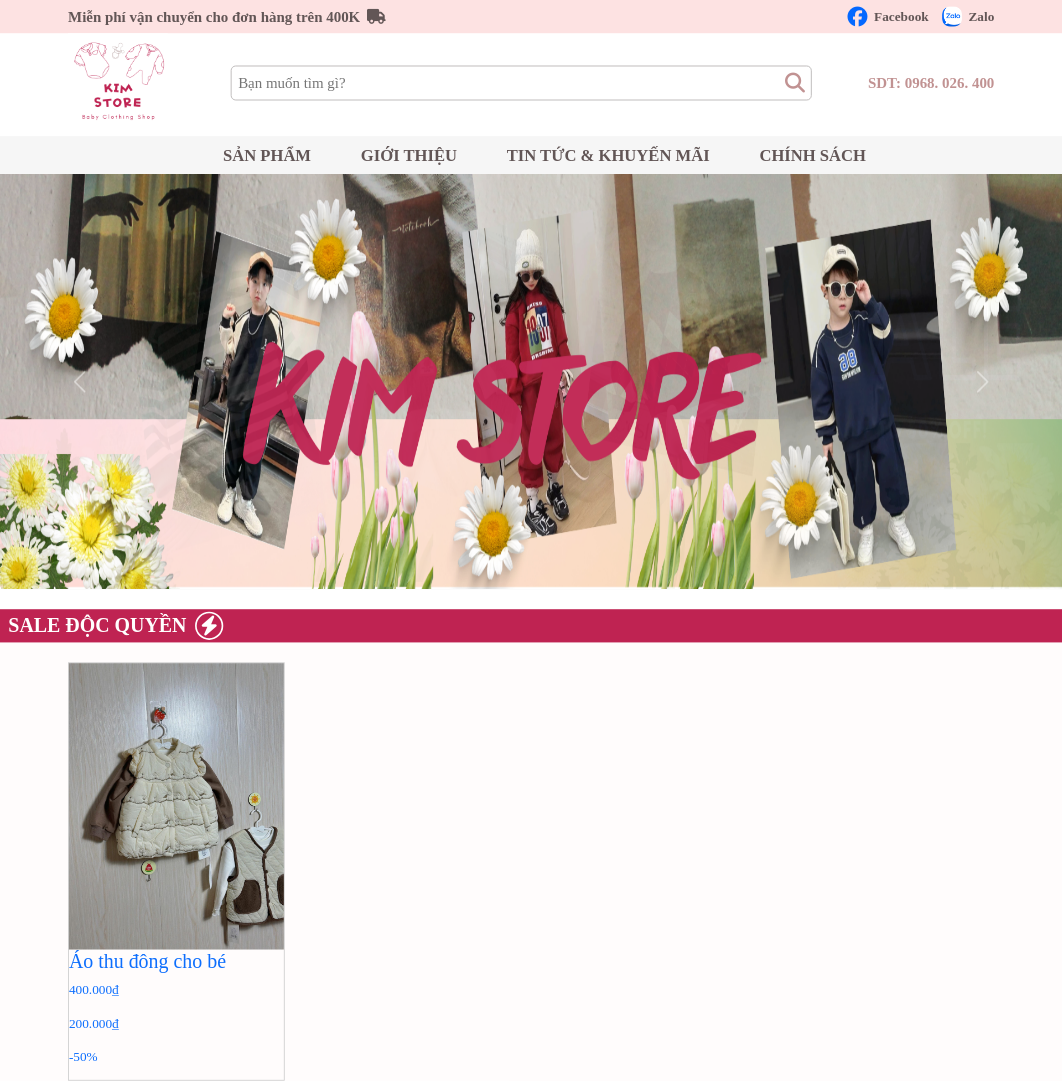
Repository: hoang28092000/kim-store
Page: index.html
An editor plug-in stored every save of this project. The page is shown before and after a run of saves, followed by the edit.
The browser window is 1280 px wide. The pictures show the whole page, at 83% of full size.
Some web libraries are served in a nearby version.

Above is the page before, as saved 2024-11-01 15:27:46.

### index.html
<!DOCTYPE html>
<html lang="en">
<head>
    <meta charset="UTF-8">
    <meta name="viewport" content="width=device-width, initial-scale=1.0">
    <link href="https://cdn.jsdelivr.net/npm/bootstrap@5.0.2/dist/css/bootstrap.min.css" rel="stylesheet" integrity="sha384-EVSTQN3/azprG1Anm3QDgpJLIm9Nao0Yz1ztcQTwFspd3yD65VohhpuuCOmLASjC" crossorigin="anonymous">
    <link rel="stylesheet" href="https://cdnjs.cloudflare.com/ajax/libs/font-awesome/6.6.0/css/all.min.css" integrity="sha512-Kc323vGBEqzTmouAECnVceyQqyqdsSiqLQISBL29aUW4U/M7pSPA/gEUZQqv1cwx4OnYxTxve5UMg5GT6L4JJg==" crossorigin="anonymous" referrerpolicy="no-referrer" />
    <link rel="stylesheet" href="asset/style.css">
    <title>KIM STORE</title>
</head>
<body>
    <div id="header">
        <div class="top_header ">
                <div class="container d-flex justify-content-between">
                    <div class="r-top_header d-flex align-items-center">
                        <p class="txt_bold mb-0 me-2">Miễn phí vận chuyển cho đơn hàng trên 400K</p>
                    <i class="fa-solid fa-truck icon-truck mb-0"></i>
                    </div>
                    <ul class="icons-header d-flex align-items-center mb-0">
                        <a href="" class="tag-a-top_header">
                            <li class="icon d-flex me-3">
                                <i class="fa-brands fa-facebook icon_fb me-2"></i>
                                <span class="txt-fb">Facebook</span>
                            </li>
                        </a>
                        <a href="" class="tag-a-top_header">
                            <li class="icon d-flex">
                                <img src="asset/image/icon_zalo.webp" alt="this is picture zalo" class="icon_zalo me-2">
                                <span class="txt-zalo">Zalo</span>
                             </li>
                        </a>
                    </ul>
                </div>
        </div>

        <div class="bottom_headder">
            <div class="container d-flex justify-content-between align-items-center">
                <a href="" class="">
                    <img src="asset/image/KIM-store.png" alt="this is logo" class="img_logo">
                </a>
                <div class="d-flex align-items-center">
                    <input type="text" class="search_header" placeholder="Bạn muốn tìm gì?">
                    <i class="fa-solid fa-magnifying-glass icon_search"></i>
                </div>
                <span class="sdt_header">SDT: 0968. 026. 400</span>
        </div>
    </div>


    <div id="navbar">
        <div class="container">
            <ul class="nav_links d-flex justify-content-center mb-0 py-2">
                <li class="item_link" ><a href="" class="nav_link">SẢN PHẨM</a></li>
                <li class="item_link" ><a href="" class="nav_link">GIỚI THIỆU</a></li>
                <li class="item_link" ><a href="" class="nav_link">TIN TỨC & KHUYẾN MÃI</a></li>
                <li class="item_link" ><a href="" class="nav_link">CHÍNH SÁCH</a></li>
            </ul>
        </div>
        <div class="banner">
            <div id="carouselExampleFade" class="carousel slide carousel-fade" data-bs-ride="carousel">
                <div class="carousel-inner">
                  <div class="carousel-item active">
                    <img src="asset/image/KIM_STORE.png" class="d-block w-100 banner" alt="this is banner">
                  </div>
                  <div class="carousel-item">
                    <img src="asset/image/banner2.png" class="d-block w-100 banner" alt="this is banner 2">
                  </div>
                  <div class="carousel-item">
                    <img src="asset/image/banner3.png" class="d-block w-100 banner" alt="this is banner 3">
                  </div>
                </div>
                <button class="carousel-control-prev" type="button" data-bs-target="#carouselExampleFade" data-bs-slide="prev">
                  <span class="carousel-control-prev-icon" aria-hidden="true"></span>
                  <span class="visually-hidden">Previous</span>
                </button>
                <button class="carousel-control-next" type="button" data-bs-target="#carouselExampleFade" data-bs-slide="next">
                  <span class="carousel-control-next-icon" aria-hidden="true"></span>
                  <span class="visually-hidden">Next</span>
                </button>
              </div>
        </div>
    </div>


    <div id="main" class="mt-4">
        <div class="title_txt d-flex align-items-center">
            <h3 class="txt_sale mb-0">SALE ĐỘC QUYỀN</h3>
            <i class="fa-solid fa-bolt icon_bold"></i>
        </div>
        <div class="container">
            <div class="row mt-4">
                <div class="col-lg-3">
                    <a href="" class="txt-decoration_none">
                        <div class="card_product">
                            <img src="asset/image/anh_1.jpg" class="img-card_product w-100" alt=" this is picture card">
                            <div class="info_card">
                                <h4 class="name_product">
                                    Áo thu đông cho bé
                                </h4>
                                <div class="price">
                                    <p class="price-no_sale">
                                        400.000₫
                                    </p>
                                    <p class="price_sale">
                                        200.000₫
                                    </p>
                                    <p class="percent">
                                        -50%
                                    </p>
                                </div>
                            </div>
                        </div>
                    </a>
                </div>
            </div>
        </div>
    </div>


    <div id="footer">

    </div>






    <script src="https://cdn.jsdelivr.net/npm/bootstrap@5.0.2/dist/js/bootstrap.bundle.min.js" integrity="sha384-MrcW6ZMFYlzcLA8Nl+NtUVF0sA7MsXsP1UyJoMp4YLEuNSfAP+JcXn/tWtIaxVXM" crossorigin="anonymous"></script>
</body>
</html>

### asset/style.css
*{
    margin: 0;
    padding: 0;
    box-sizing: border-box;
    font-family: Montserrat;
    list-style: none;
    text-decoration: none;
}
.txt-decoration_none{
    text-decoration: none;
}
.txt-16px{
    font-size: 16px;
    color: #625656;
}
.txt_bold{
    font-size: 18px;
    color: #625656;
    font-weight: 700;
}
#header{

}
#header .top_header{
    height: 40px;
    background-color: #FDE2E2;
}
.top_header .r-top_header{
    height: 40px;
}
.top_header .icon-truck{
    font-size: 18px;
    color: #625656;
}
.top_header .tag-a-top_header{
    text-decoration: none;
}
.top_header .icon_fb{
    font-size: 24px;
    color: #0468ff;
}
.top_header .icon_zalo{
    width: 24px;
    height: 24px;
}
.top_header .txt-fb , .top_header .txt-zalo{
    font-size: 16px;
    color: #625656;
    font-weight: 600;
}
.top_header .txt-fb:hover , .top_header .txt-zalo:hover{
    color: #fff;
}

#header .bottom_headder {
    height: 124px;
}
.bottom_headder .img_logo{
    width: 120px;
    height: 120px;
}
.bottom_headder .search_header {
    width: 700px;
    height: 42px;
    font-size: 18px;
    color: #625656;
    border-radius: 6px;
    border: 1px solid #b3b0b0;
    padding-left: 8px;
    outline: none;
}
.bottom_headder .icon_search{
    font-size: 24px;
    color: #c19292;
    margin-left: -32px;
}
.bottom_headder .icon_search:hover{
    opacity: 0.7;
    cursor: pointer;
}
.bottom_headder .sdt_header{
    font-size: 18px;
    font-weight: 600;
    color: #c19292;
}


/* navbar */
#navbar{
    background: #f6f6f6;
    height: auto;
}
#navbar .nav_links{
    list-style: none;
}

.nav_links .nav_link{
    font-size: 20px;
    color: #625656;
    text-decoration: none;
    padding: 11px 30px;
    font-weight: 600;
}
.nav_links .nav_link:hover{
    background-color: #c19292;
    color: #f6f6f6;
}

#navbar .banner{
    height: 500px;
}
#main{
    background-color: #fffcfc;
}
#main .title_txt{
    background-color: #bf2352;
    height: 40px;
}
#main .txt_sale{
    font-size: 24px;
    font-weight: 700;
    color: #fff;
    padding: 10px;
}
#main .icon_bold{
    font-size: 24px;
    border: #fff 2px solid;
    border-radius: 50px;
    padding: 3px 4px 3px 5px;
    color: #fff;
}
#main .card_product{
    border: 1px solid #ccc;

}
.card_product .

After the next 4 saves:
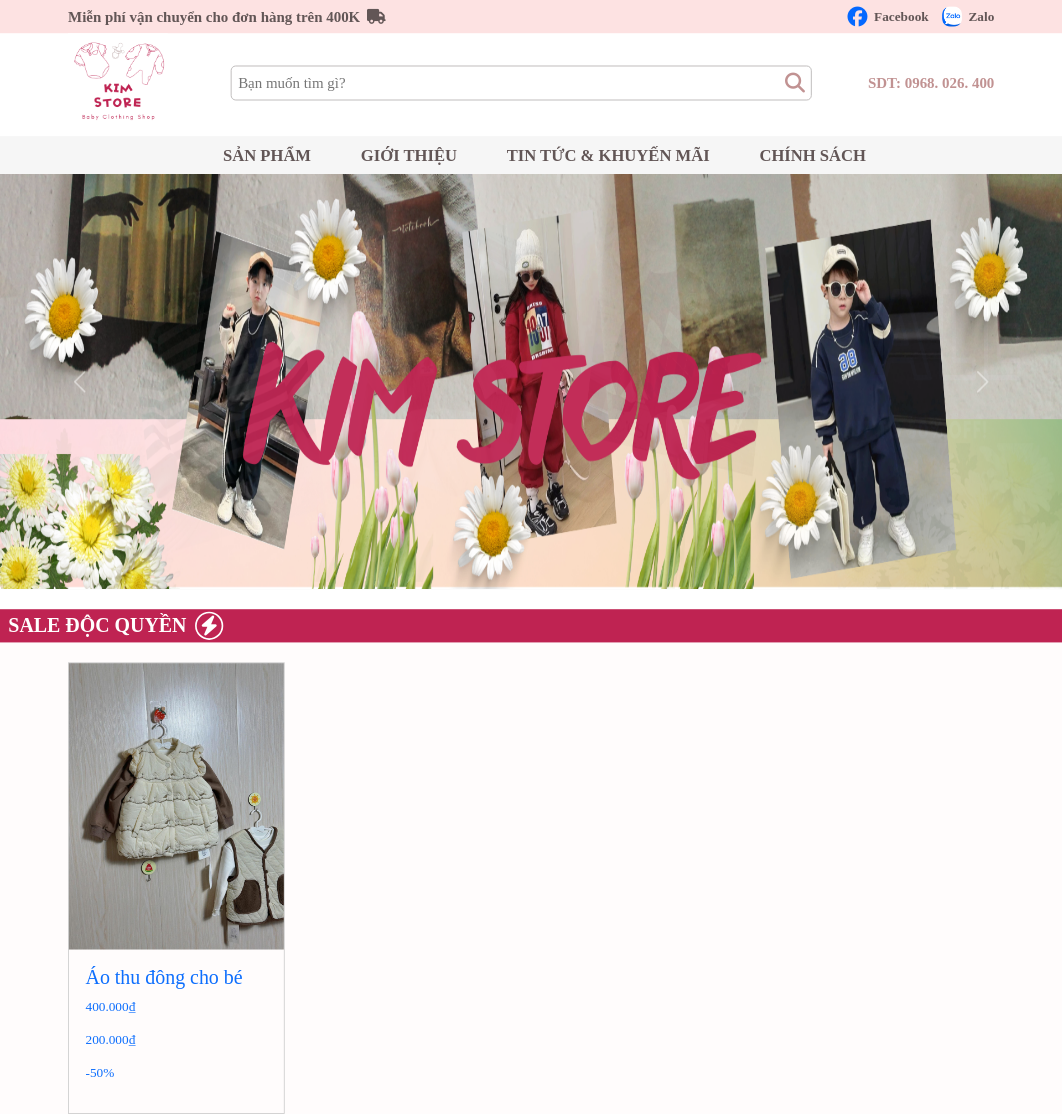
The 4 saves are shown as one change because they came seconds apart.
The last was saved 12 s later.
--- a/asset/style.css
+++ b/asset/style.css
@@ -133,4 +133,6 @@
     border: 1px solid #ccc;
 
 }
-.card_product .
+.card_product .info_card{
+    padding: 20px;
+}
